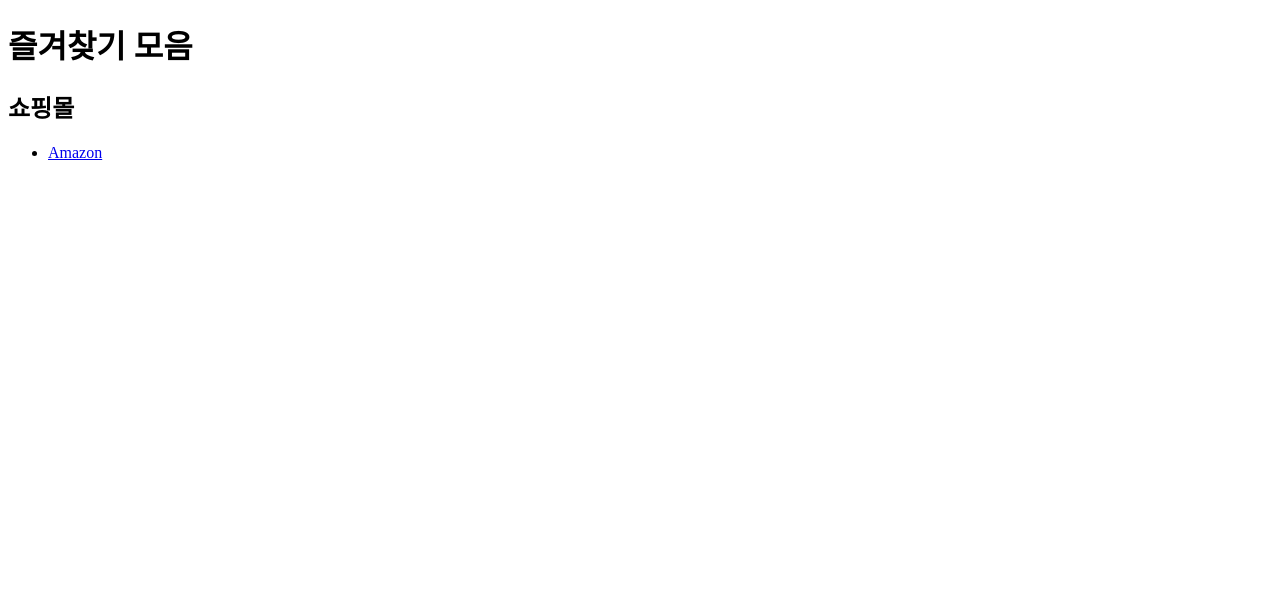
Repository: Hwang-97/HhwDesktop
Page: client/ClientTest/src/main/webapp/html/question/link/q01.html
The author's editor kept a copy of each file at every save. The page is drawn from the files as they stood at one save, then again after the next save.
The browser window is 1280 px wide. The pictures show the whole page.

Above is the page before, as saved 2021-12-10 02:08:02.

### client/ClientTest/src/main/webapp/html/question/link/q01.html
<!DOCTYPE html>
<html>
<head>
<meta charset="UTF-8">
<title>Q01</title>
</head>
<body>
<h1>즐겨찾기 모음</h1>
<h2>쇼핑몰</h2>
<ul>
	<li><a href = "http://www.amazon.com Amazon">Amazon</a></li>
</ul>
</body>
</html>

After the next save:
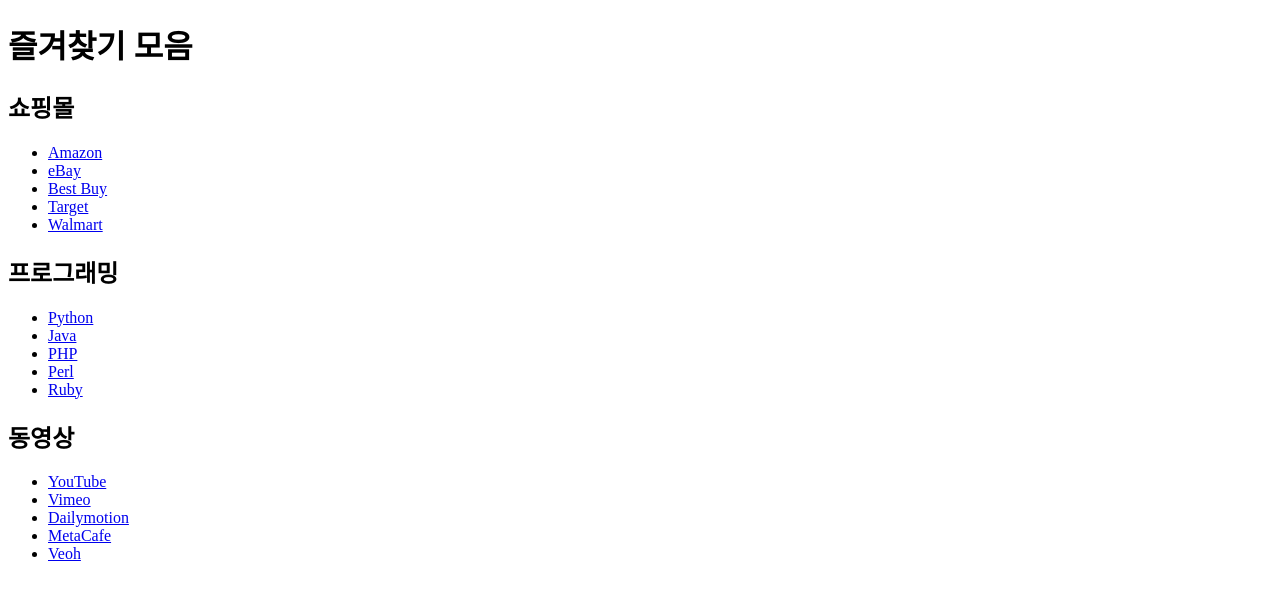
Saved 4 min 36 s later.
--- a/client/ClientTest/src/main/webapp/html/question/link/q01.html
+++ b/client/ClientTest/src/main/webapp/html/question/link/q01.html
@@ -9,6 +9,26 @@
 <h2>쇼핑몰</h2>
 <ul>
 	<li><a href = "http://www.amazon.com Amazon">Amazon</a></li>
+	<li><a href ="http://www.ebay.com eBay">eBay</a></li>
+	<li><a href ="http://www.bestbuy.com Best Buy">Best Buy</a></li>
+	<li><a href ="http://www.target.com Target">Target</a></li>
+	<li><a href ="http://www.walmart.com Walmart">Walmart</a></li>
+</ul>
+<h2>프로그래밍</h2>
+<ul>
+	<li><a href ="http://www.python.org Python">Python</a></li>
+	<li><a href ="http://www.java.com Java">Java</a></li>
+	<li><a href ="http://www.php.net PHP">PHP</a></li>
+	<li><a href ="http://www.perl.org Perl">Perl</a></li>
+	<li><a href ="http://www.ruby-lang.org Ruby">Ruby</a></li>
+</ul>
+<h2>동영상</h2>
+<ul>
+	<li><a href ="http://www.youtube.com YouTube">YouTube</a></li>
+	<li><a href ="http://www.vimeo.com Vimeo">Vimeo</a></li>
+	<li><a href ="http://www.dailymotion.com Dailymotion">Dailymotion</a></li>
+	<li><a href ="http://www.metacafe.com MetaCafe">MetaCafe</a></li>
+	<li><a href ="http://www.veoh.com Veoh">Veoh</a></li>
 </ul>
 </body>
 </html>
